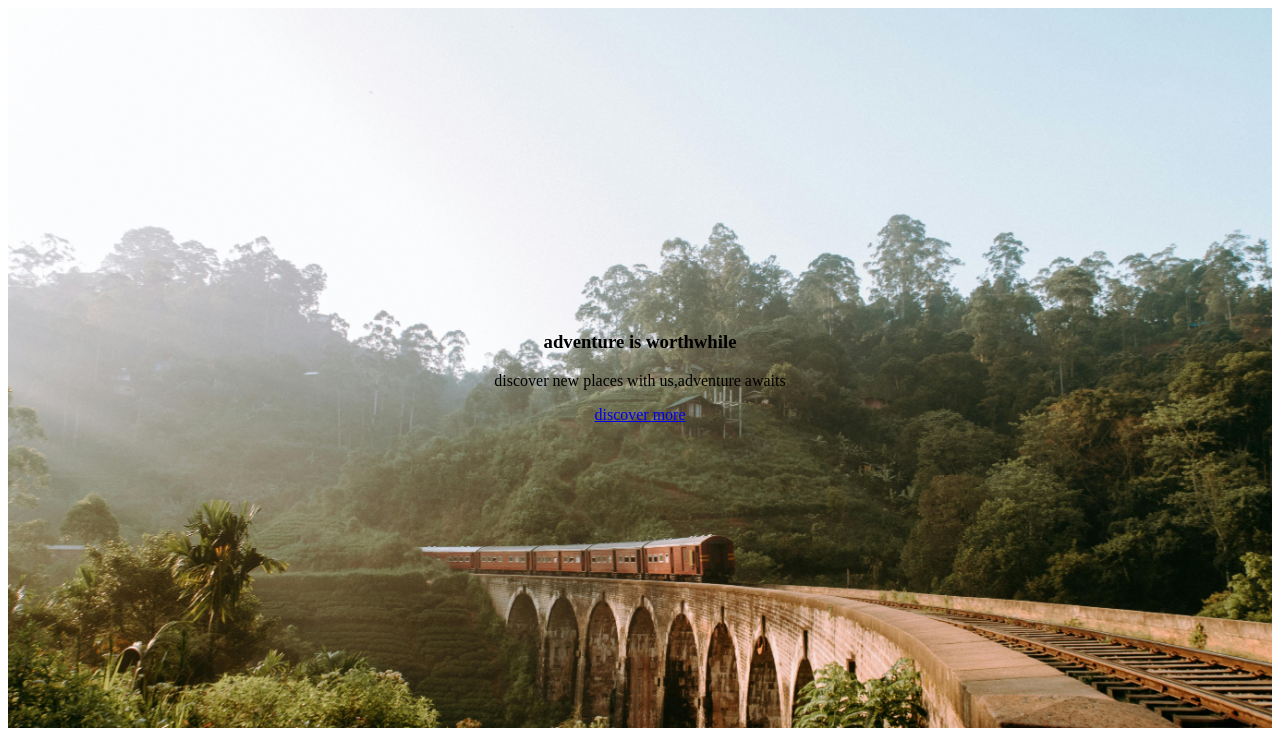
Repository: KasunInd27/Ceylon-Journey
Page: Home/home.html
These files come from the project's save history. The page is drawn as it stood at one moment and after the next save; the edit follows.
The browser window is 1280 px wide. The pictures show the whole page.

Above is the page before, as saved 2024-10-05 11:01:52.

### Home/home.html
<!DOCTYPE html>
<html lang="en">
<head>
    <meta charset="UTF-8">
    <meta name="viewport" content="width=device-width, initial-scale=1.0">
    <!-- Font Awesome CDN link for using icons -->
    <link rel="stylesheet" href="https://cdnjs.cloudflare.com/ajax/libs/font-awesome/5.15.3/css/all.min.css">
    <link href="https://fonts.googleapis.com/css2?family=Roboto:wght@400;700&display=swap" rel="stylesheet">

    <link rel="stylesheet" href="CSS/home.css">

    <title>Home Page</title>
</head>
<body>
    <section class="home" id="home">
        <div class="content">
            <h3>adventure is worthwhile</h3>
            <p>discover new places with us,adventure awaits</p>
            <a href="#" class="btn">discover more</a>
        </div>

        <div class="controls">
            <span class="img-btn active" src="./himg/.jpg"></span>
            <span class="img-btn" src="../image/elephants.jpg"></span>
            <span class="img-btn" src="../image/boats.jpg"></span>
            <span class="img-btn" src="../image/fish.jpg"></span>
            <span class="img-btn" src="../image/arc.jpg"></span>

        </div>


    </section>
</body>
</html>

### Home/CSS/home.css


/* Container for the home section that fills the viewport height */

#home {
    background-image: url(../image/train.jpg);
    background-size: cover;
  min-height: 100vh;
  /* Ensures it takes up the full viewport height */
  display: flex;
  /* Enables flexbox layout */
  align-items: center;
  /* Vertically centers content */
  justify-content: center;
  /* Horizontally centers content */
  flex-flow: column;
  /* Aligns children in a column layout */
  position: relative;
  /* Allows child elements to use absolute positioning */
  z-index: 0;
  /* Ensures this section has the correct stacking order */
}

/* Centers text in the home section */

.home .content {
    text-align: center;
    /* Centers the text within the .content container */
}

After the next save:
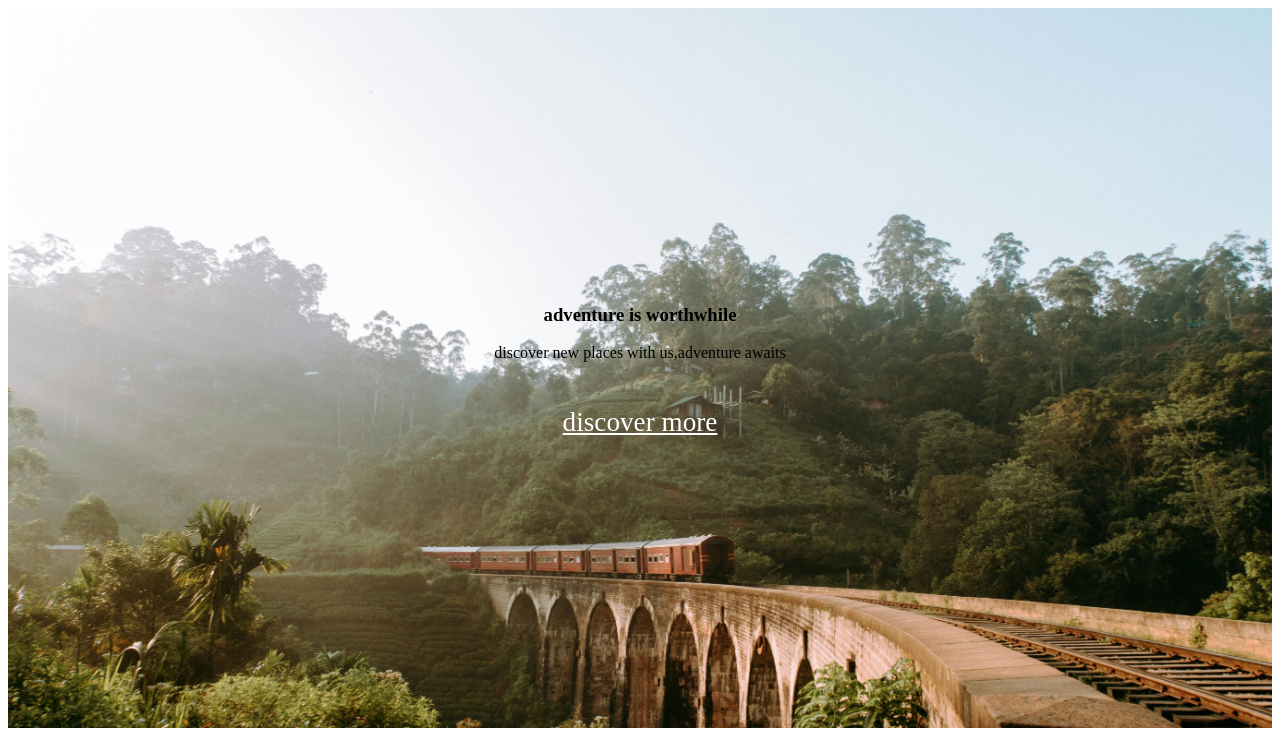
Saved 2 min 51 s later.
--- a/Home/CSS/home.css
+++ b/Home/CSS/home.css
@@ -27,3 +27,14 @@
     text-align: center;
     /* Centers the text within the .content container */
 }
+
+.btn {
+    display: inline-block;
+    margin-top: 1rem;
+    background-color: var(--orange);
+    color: #fff;
+    padding: .8rem 3rem;
+    border: .2rem solid var(--orange);
+    cursor: pointer;
+    font-size: 1.7rem;
+}
